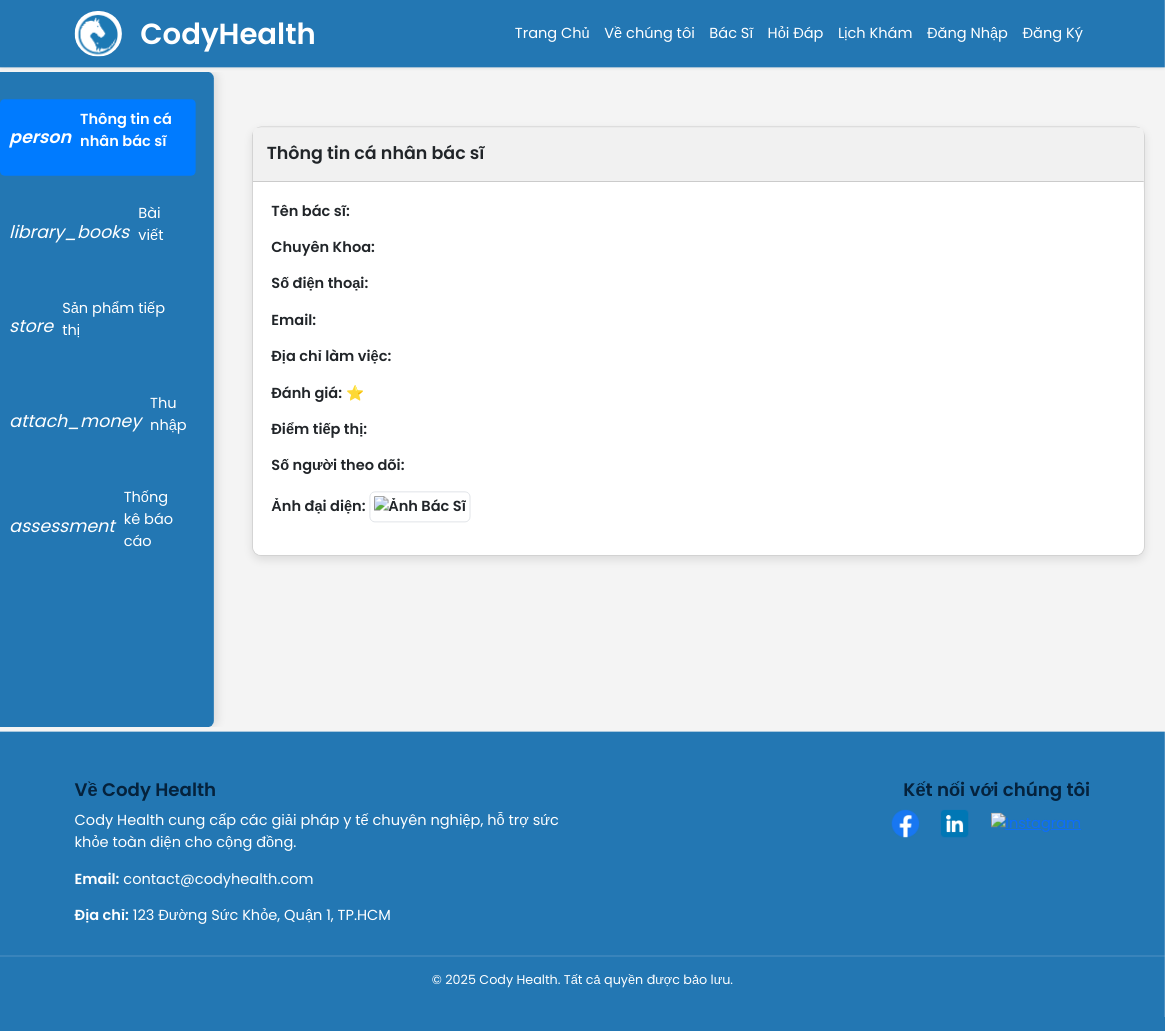
Repository: JonesKhaii/CodySocial
Page: resources/views/doctor/profile.blade.php
These files come from the project's save history. The page is drawn as it stood at one moment and after the next save; the edit follows.
The browser window is 1280 px wide. The pictures show the whole page, at 91% of full size.
The page is served by the project's Laravel application, run on PHP 8.4 with Laravel 12. Other server files are loaded and not shown. The template is opened directly, without the code that normally fills it, so the values that code supplies are empty.

Above is the page before, as saved 2025-02-14 11:21:48.

### routes/web.php
<?php

use Illuminate\Support\Facades\Route;
use App\Http\Controllers\HomeController;
use App\Http\Controllers\PostController;
use App\Http\Controllers\DoctorController;
use App\Http\Controllers\Auth\AuthController;
use App\Http\Controllers\UserController;
use App\Http\Controllers\CommentController;

// AUTH--------------------------------------------------------------------------------
// Trang đăng nhập & xử lý đăng nhập
Route::get('/login', [AuthController::class, 'showLogin'])->name('login');
Route::post('/login/doctor', [AuthController::class, 'loginAsDoctor'])->name('login.doctor');
Route::post('/login', [AuthController::class, 'processLogin']);

// Trang đăng ký & xử lý đăng ký
Route::get('/register', [AuthController::class, 'showRegister'])->name('register');
Route::post('/register', [AuthController::class, 'processRegister']);

// Đăng xuất
Route::post('/logout', [AuthController::class, 'logout'])->name('logout');






// Route::get('/', function () {
//     return view('index');
// });
Route::get('/about', function () {
    return view('pages.about-us');
});
Route::get('/doctors', function () {
    return view('pages.list-doctor');
});
Route::get('/appointment', function () {
    return view('pages.booking-appointment');
});

Route::get('/', [HomeController::class, 'index'])->name('home');
Route::get('/post/{slug}', [PostController::class, 'detail'])->name('post.detail');
Route::get('/doctor/{id}', [DoctorController::class, 'profile'])->name('doctor.profile');

Route::get('/doctor/profile', [DoctorController::class, 'profile'])->name('doctor.profile');
Route::get('/user/profile', [UserController::class, 'profile'])->name('user.profile');
Route::get('/logout', [AuthController::class, 'logout'])->name('user.logout');



// Post detail---------------


Route::post('/post/{slug}/comment', [CommentController::class, 'store'])->name('post-comment.store');

### resources/views/doctor/profile.blade.php
@extends('layouts.master')

@section('title', 'Trang Tổng Quan Bác Sĩ')

@section('main-content')

    <style>
        /* Bố cục chung */
        .wrapper {
            margin-top: 5px;
            margin-bottom: 5px;
            display: flex;
            height: 100vh;
            overflow: hidden;
        }

        /* Sidebar */
        .sidebar {
            width: 250px;
            background-color: #2377b3;
            border-top-right-radius: 7px;
            border-bottom-right-radius: 7px;
            color: #fff;
            padding-top: 20px;
            height: 100%;
            position: relative;
            box-shadow: 4px 0 10px rgba(0, 0, 0, 0.1);
            transition: all 0.3s ease;
        }

        .sidebar .logo {
            text-align: center;
            margin-bottom: 20px;
        }

        .sidebar .logo a {
            font-size: 1.5em;
            color: #fff;
            font-weight: bold;
            text-decoration: none;
            letter-spacing: 1px;
        }

        .sidebar .logo a:hover {
            color: #007bff;
        }

        .sidebar .sidebar-wrapper {
            padding: 0;
        }

        .sidebar .nav {
            padding-left: 0;
            list-style-type: none;
        }

        .sidebar .nav-item {
            padding: 10px 20px 10px 0px;
            position: relative;
            transition: background-color 0.3s ease;
        }

        .sidebar .nav-item:hover {
            background-color: #ffff;
            /* Màu nền hover */
        }

        .sidebar .nav-item.active .nav-link {
            background-color: #007bff;
            /* Màu nền khi active */
            font-weight: bold;
            border-radius: 5px;
        }

        .sidebar .nav-link {
            color: #fff;
            display: flex;
            align-items: center;
            text-decoration: none;
            padding: 10px;
            transition: color 0.3s ease;
        }

        .sidebar .nav-link:hover {
            color: #007bff;
            /* Màu chữ khi hover */
        }

        .sidebar .material-icons {
            margin-right: 10px;
            font-size: 1.2em;
        }

        .sidebar .nav-item.active .material-icons {
            color: #fff;
            /* Màu icon khi active */
        }

        .sidebar .nav-item .nav-link {
            font-size: 1em;
        }

        /* Main Content */
        .main-panel {
            margin-left: 20px;
            padding: 20px 10px;
            width: 100%;
            overflow-y: auto;
        }

        .tab-content {
            margin-top: 10px;
        }

        .card {
            margin-bottom: 10px;
            border-radius: 10px;
            box-shadow: 0 4px 10px rgba(0, 0, 0, 0.1);
        }

        .card-header {
            background-color: #f1f1f1;
            font-weight: bold;
            font-size: 1.2em;
            padding: 15px;
        }

        .card-body {
            padding: 20px;
            background-color: #fff;
            border-radius: 10px;
        }

        /* Thêm hiệu ứng chuyển động cho Sidebar */
        .sidebar:hover {
            width: 280px;
            /* Khi hover vào sidebar sẽ mở rộng */
        }

        .sidebar .nav-item .nav-link i {
            font-size: 1.2em;
        }

        /* Sidebar Toggler */
        .text-center button {
            position: absolute;
            bottom: 20px;
            left: 50%;
            transform: translateX(-50%);
            background-color: #343a40;
            color: #fff;
            border: none;
            padding: 10px;
            border-radius: 50%;
            cursor: pointer;
            transition: background-color 0.3s ease;
        }

        .text-center button:hover {
            background-color: #007bff;
        }
    </style>


    <div class="wrapper">
        <!-- Sidebar -->
        <div class="sidebar">
            <div class="sidebar-wrapper">
                <ul class="nav">
                    <!-- Thông tin cá nhân bác sĩ -->
                    <li class="nav-item active">
                        <a class="nav-link" href="#info-personal" data-toggle="tab">
                            <i class="material-icons">person</i>
                            <p>Thông tin cá nhân bác sĩ</p>
                        </a>
                    </li>
                    <!-- Bài viết -->
                    <li class="nav-item">
                        <a class="nav-link" href="#posts" data-toggle="tab">
                            <i class="material-icons">library_books</i>
                            <p>Bài viết</p>
                        </a>
                    </li>
                    <!-- Sản phẩm tiếp thị -->
                    <li class="nav-item">
                        <a class="nav-link" href="#marketing-products" data-toggle="tab">
                            <i class="material-icons">store</i>
                            <p>Sản phẩm tiếp thị</p>
                        </a>
                    </li>
                    <!-- Thu nhập -->
                    <li class="nav-item">
                        <a class="nav-link" href="#income" data-toggle="tab">
                            <i class="material-icons">attach_money</i>
                            <p>Thu nhập</p>
                        </a>
                    </li>
                    <!-- Thống kê báo cáo -->
                    <li class="nav-item">
                        <a class="nav-link" href="#statistics" data-toggle="tab">
                            <i class="material-icons">assessment</i>
                            <p>Thống kê báo cáo</p>
                        </a>
                    </li>
                </ul>
            </div>
        </div>

        <!-- Main Content -->
        <div class="main-panel">
            <!-- Tab Content -->
            <div class="content">
                <div class="container-fluid">
                    <div class="tab-content">

                        <!-- Thông tin cá nhân bác sĩ -->
                        <div class="tab-pane active" id="info-personal">
                            <div class="card">
                                <div class="card-header">Thông tin cá nhân bác sĩ</div>
                                <div class="card-body">
                                    <p><strong>Tên bác sĩ:</strong> {{ $doctor->name }}</p>
                                    <p><strong>Chuyên Khoa:</strong> {{ $doctor->specialization }}</p>
                                    <p><strong>Số điện thoại:</strong> {{ $doctor->phone }}</p>
                                    <p><strong>Email:</strong> {{ $doctor->email }}</p>
                                    <p><strong>Địa chỉ làm việc:</strong> {{ $doctor->workplace }}</p>
                                    <p><strong>Đánh giá:</strong> {{ $doctor->rating }} ⭐</p>
                                    <p><strong>Điểm tiếp thị:</strong> {{ $doctor->points }}</p>
                                    <p><strong>Số người theo dõi:</strong> {{ $doctor->followers_count }}</p>
                                    <p><strong>Ảnh đại diện: <img src="{{ $doctor->photo }}" alt="Ảnh Bác Sĩ"
                                                class="img-thumbnail"
                                                style="width: 150px;"></strong></p>
                                </div>
                            </div>
                        </div>

                        <!-- Bài viết -->
                        <div class="tab-pane" id="posts">
                            <div class="card">
                                <div class="card-header">Bài viết của bác sĩ</div>
                                <div class="card-body">
                                    @if ($posts->isEmpty())
                                        <p>Chưa có bài viết nào.</p>
                                    @else
                                        <ul>
                                            @foreach ($posts as $post)
                                                <li><strong>{{ $post->title }}</strong></li>
                                            @endforeach
                                        </ul>
                                    @endif
                                    <a href="" class="btn btn-primary">+ Tạo bài viết
                                        mới</a>
                                </div>
                            </div>
                        </div>

                        <!-- Sản phẩm tiếp thị -->
                        <div class="tab-pane" id="marketing-products">
                            <div class="card">
                                <div class="card-header">Sản phẩm tiếp thị</div>
                            </div>
                        </div>

                        <!-- Thu nhập -->
                        <div class="tab-pane" id="income">
                            <div class="card">
                                <div class="card-header">Thu nhập của bác sĩ</div>
                            </div>
                        </div>

                        <!-- Thống kê báo cáo -->
                        <div class="tab-pane" id="statistics">
                            <div class="card">
                                <div class="card-header">Thống kê báo cáo</div>
                            </div>
                        </div>

                    </div>
                </div>
            </div>
        </div>
    </div>

@endsection

### resources/views/layouts/master.blade.php
<!DOCTYPE html>
<html lang="vi">

<head>
    @include('layouts.head')
</head>

<body>
    <!-- Header -->
    @include('layouts.header')

    <!-- Nội dung chính -->
    @yield('main-content')

    <!-- Footer -->
    @include('layouts.footer')

    <!-- Scripts -->
    <script src="{{ asset('js/bootstrap.bundle.min.js') }}"></script>
    <script src="{{ asset('js/main.js') }}"></script>
</body>

</html>

### resources/views/layouts/head.blade.php
<!-- Meta Tag -->
<meta charset="utf-8">
<meta http-equiv="X-UA-Compatible" content="IE=edge">
<meta name="viewport" content="width=device-width, initial-scale=1, shrink-to-fit=no">
<meta name="description" content="">
<meta name="author" content="">
<meta name="csrf-token" content="{{ csrf_token() }}">
<!-- Title Tag  -->
<title>@yield('title')</title>
<!---- Css------------->
<link
    href="https://cdn.jsdelivr.net/npm/bootstrap@5.2.3/dist/css/bootstrap.min.css"
    rel="stylesheet" />
<script src="https://cdn.jsdelivr.net/npm/bootstrap@5.2.3/dist/js/bootstrap.bundle.min.js"></script>
<script src="https://code.jquery.com/jquery-3.6.1.min.js"></script>
<link rel="stylesheet" href="{{ asset('css/style.css') }}">
<link rel="stylesheet" href="{{ asset('css/about-us.css') }}">
<link rel="stylesheet" href="{{ asset('css/doctors.css') }}">
<link rel="stylesheet" href="{{ asset('css/login.css') }}">

### resources/views/layouts/footer.blade.php
<footer class="footer text-white">
    <div class="container">
        <div class="row">
            <!-- Giới thiệu -->
            <div class="col-md-6">
                <h4>Về Cody Health</h4>
                <p>Cody Health cung cấp các giải pháp y tế chuyên nghiệp, hỗ trợ sức khỏe toàn diện cho cộng đồng.</p>
                <p><b>Email:</b> contact@codyhealth.com</p>
                <p><b>Địa chỉ:</b> 123 Đường Sức Khỏe, Quận 1, TP.HCM</p>
            </div>

            <!-- Mạng xã hội -->
            <div class="col-md-6 text-md-end">
                <h4>Kết nối với chúng tôi</h4>
                <div class="social-icons">
                    <a href="#"><img src="{{ asset('asset/images/icon/facebook.png') }}" alt="Facebook" /></a>
                    <a href="#"><img src="{{ asset('asset/images/icon/linkedin.png') }}" alt="Linkedin" /></a>
                    <a href="#"><img src="{{ asset('asset/images/icon/instagram.png') }}" alt="Instagram" /></a>
                </div>
            </div>
        </div>
    </div>

    <div class="copyright mt-3 text-center">
        <p>© 2025 Cody Health. Tất cả quyền được bảo lưu.</p>
    </div>

    <script src="{{ asset('js/jquery.min.js') }}"></script>
    <script src="{{ asset('js/main.js') }}"></script>
</footer>

### public/css/about-us.css
body {
    background-color: #f4f4f4;
}
.hero-section {
    margin-top: 20px;
    background: url("asset/images/banners/banner2.webp") center/cover no-repeat;
    padding: 100px 0;
    text-align: center;
    color: white;
}
.hero-section h1 {
    font-size: 48px;
    font-weight: bold;
}
.about-content {
    background: white;
    padding: 40px;
    border-radius: 8px;
    box-shadow: 0px 4px 10px rgba(0, 0, 0, 0.1);
}
.icon-box {
    text-align: center;
    padding: 20px;
    background: white;
    border-radius: 10px;
    box-shadow: 0px 2px 5px rgba(0, 0, 0, 0.1);
    transition: transform 0.3s ease-in-out;
}
.icon-box i {
    font-size: 40px;
    color: #007bff;
}
.icon-box:hover {
    transform: scale(1.05);
}
.team-member {
    text-align: center;
}
.team-member img {
    width: 120px;
    height: 120px;
    border-radius: 50%;
    margin-bottom: 10px;
}

### public/css/login.css
@import url("https://fonts.googleapis.com/css2?family=Poppins:wght@300;400;500;600&display=swap");

* {
    margin: 0;
    padding: 0;
    box-sizing: border-box;
    font-family: "Poppins", sans-serif;
}

/* body {
    background-color: #f8f9fa;
    display: flex;
    align-items: center;
    margin: auto;
    justify-content: center;
    min-height: 100vh;
} */

.container-login {
    margin: auto;
    background: white;
    width: 380px;
    padding: 30px;
    margin: auto;
    margin-top: auto;
    margin-bottom: auto;
    border-radius: 8px;
    box-shadow: 0px 2px 10px rgba(0, 0, 0, 0.1);
}

.container-login h2 {
    font-weight: 500;
    text-align: center;
    margin-bottom: 20px;
    font-size: 22px;
    color: #333;
}

.input-group {
    margin-bottom: 15px;
}

.input-group label {
    font-size: 14px;
    font-weight: 500;
    color: #555;
}

.input-group input {
    width: 100%;
    padding: 10px;
    border-radius: 6px;
    border: 1px solid #ccc;
    font-size: 14px;
    transition: 0.3s ease-in-out;
}

.input-group input:focus {
    border-color: #007bff;
    box-shadow: 0 0 5px rgba(0, 123, 255, 0.3);
}

.btn-login {
    margin-top: 10px;
    padding: 10px;
    width: 100%;
    background-color: #007bff;
    border: none;
    color: white;
    font-size: 15px;
    font-weight: 500;
    border-radius: 6px;
    cursor: pointer;
    transition: 0.3s;
}

.btn-login:hover {
    background-color: #0056b3;
}

.remember-forgot {
    display: flex;
    justify-content: space-between;
    font-size: 13px;
    margin-top: 10px;
}

.remember-forgot a {
    color: #007bff;
    text-decoration: none;
    font-weight: 500;
}

.remember-forgot a:hover {
    text-decoration: underline;
}

.footer-text {
    text-align: center;
    font-size: 13px;
    margin-top: 15px;
}

.footer-text a {
    font-weight: 500;
    color: #007bff;
    text-decoration: none;
}

.footer-text a:hover {
    text-decoration: underline;
}

.form-check-input {
    width: 20px;
    height: 20px;
    border: 2px solid #007bff;
    border-radius: 50%;
    transition: all 0.3s ease;
}

/* Thêm màu nền khi người dùng chọn */
.form-check-input:checked {
    background-color: #007bff;
    border-color: #007bff;
}

/* Thay đổi màu viền và làm nổi bật checkbox khi hover */
.form-check-input:hover {
    border-color: #0056b3;
    cursor: pointer;
}

/* Định dạng label của checkbox và radio buttons */
.form-check-label {
    font-size: 16px;
    color: #333;
    margin-left: 10px;
}

/* Thêm hiệu ứng cho radio buttons */
.form-check-input:checked[type="radio"] {
    background-color: #007bff !important;
    border-color: #007bff !important;
}

Loaded but not shown: public/js/main.js (160 lines, source omitted); public/css/style.css (410 lines, source omitted); resources/views/layouts/header.blade.php (80 lines, source omitted)

After the next save:
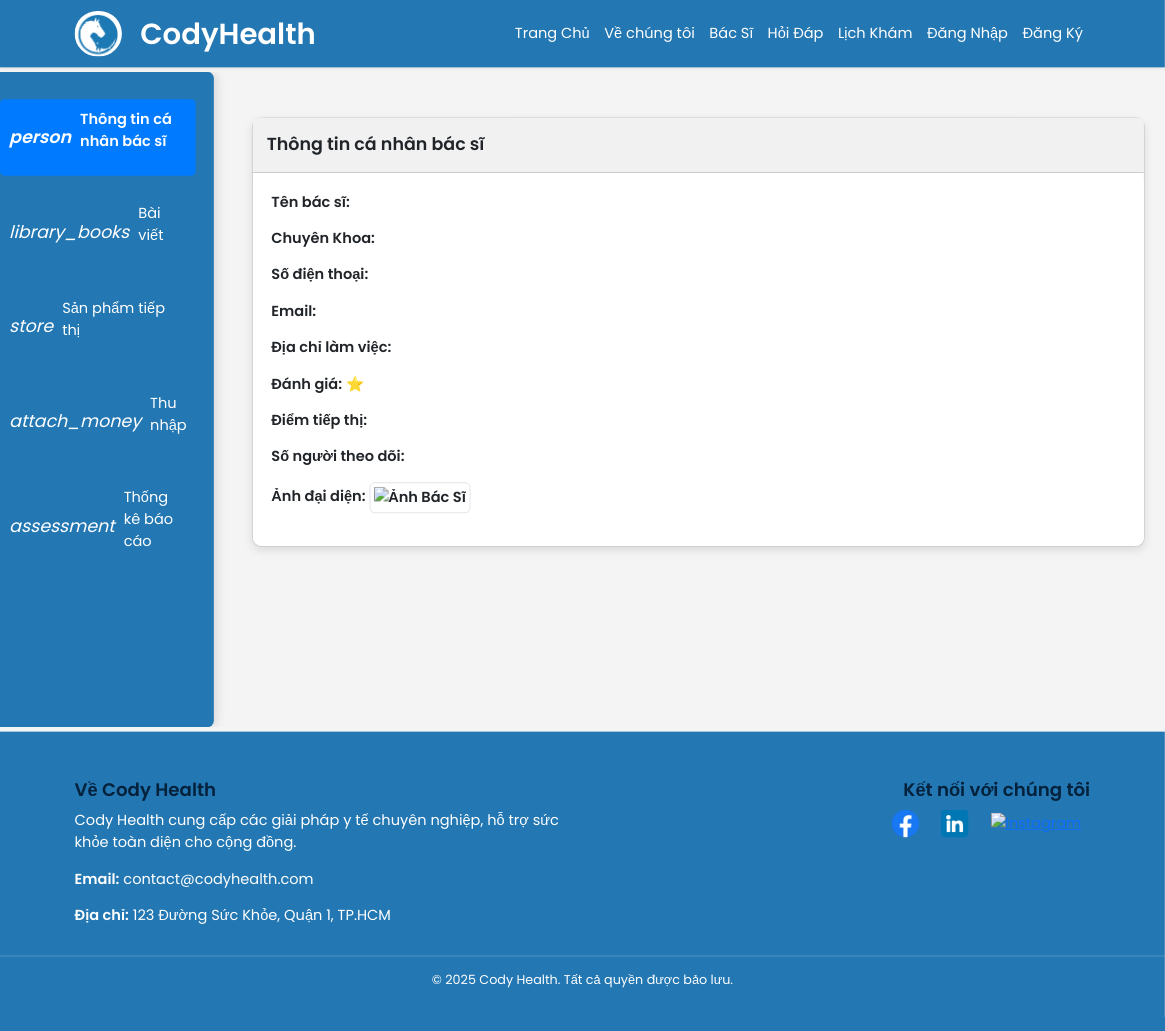
Saved 34 s later.
--- a/resources/views/doctor/profile.blade.php
+++ b/resources/views/doctor/profile.blade.php
@@ -103,7 +103,7 @@
         /* Main Content */
         .main-panel {
             margin-left: 20px;
-            padding: 20px 10px;
+            padding: 10px;
             width: 100%;
             overflow-y: auto;
         }

After the 2 saves that followed:
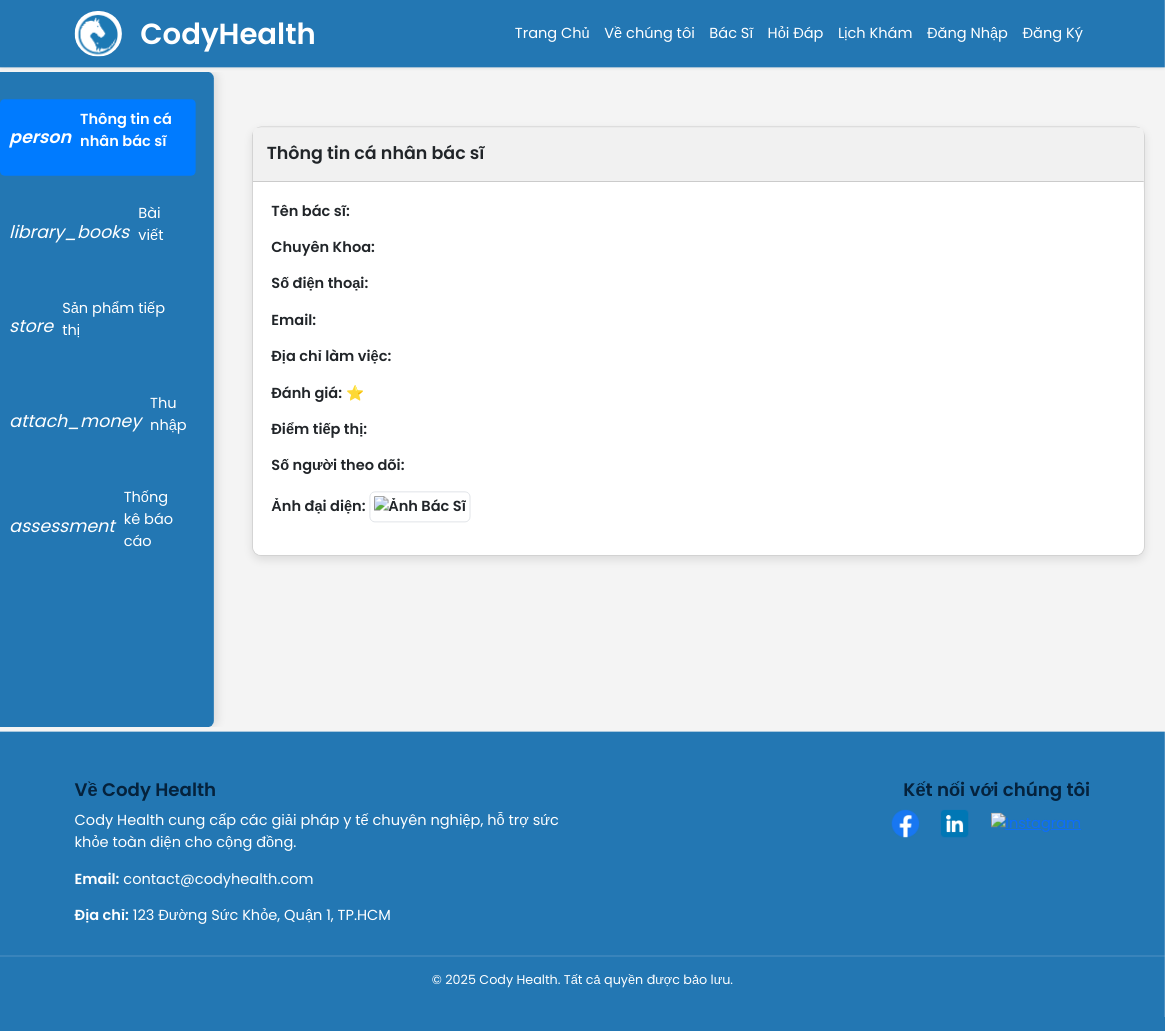
The 2 saves are shown as one change because they came seconds apart.
The last was saved 29 s later.
--- a/resources/views/doctor/profile.blade.php
+++ b/resources/views/doctor/profile.blade.php
@@ -103,6 +103,7 @@
         /* Main Content */
         .main-panel {
             margin-left: 20px;
+            margin-top: 10px;
             padding: 10px;
             width: 100%;
             overflow-y: auto;
